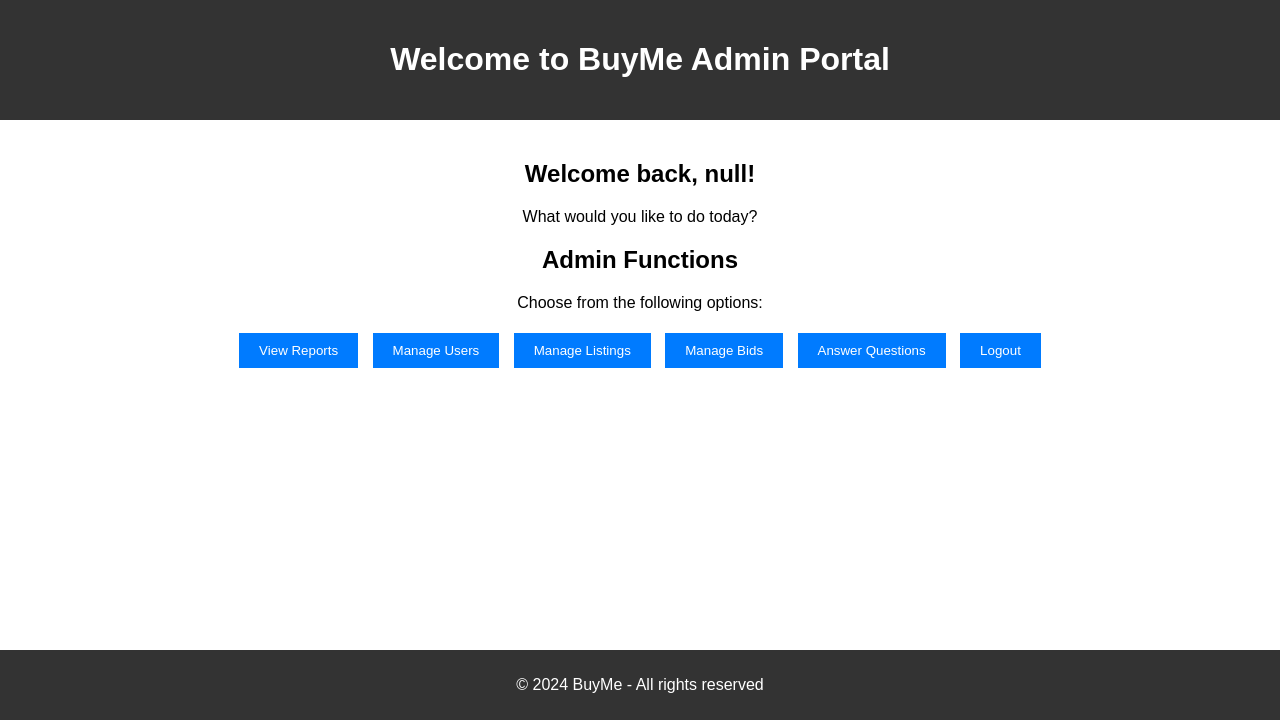
Repository: christot20/BuyMe
Page: http://localhost/336EbayAuction/AdminMode.jsp
These files come from the project's save history. The page is drawn as it stood at one moment and after the next save; the edit follows.
The browser window is 1280 px wide. The pictures show the whole page.
The page is served by Tomcat 9.

Above is the page before, as saved 2024-05-04 04:26:52.

After the next save:
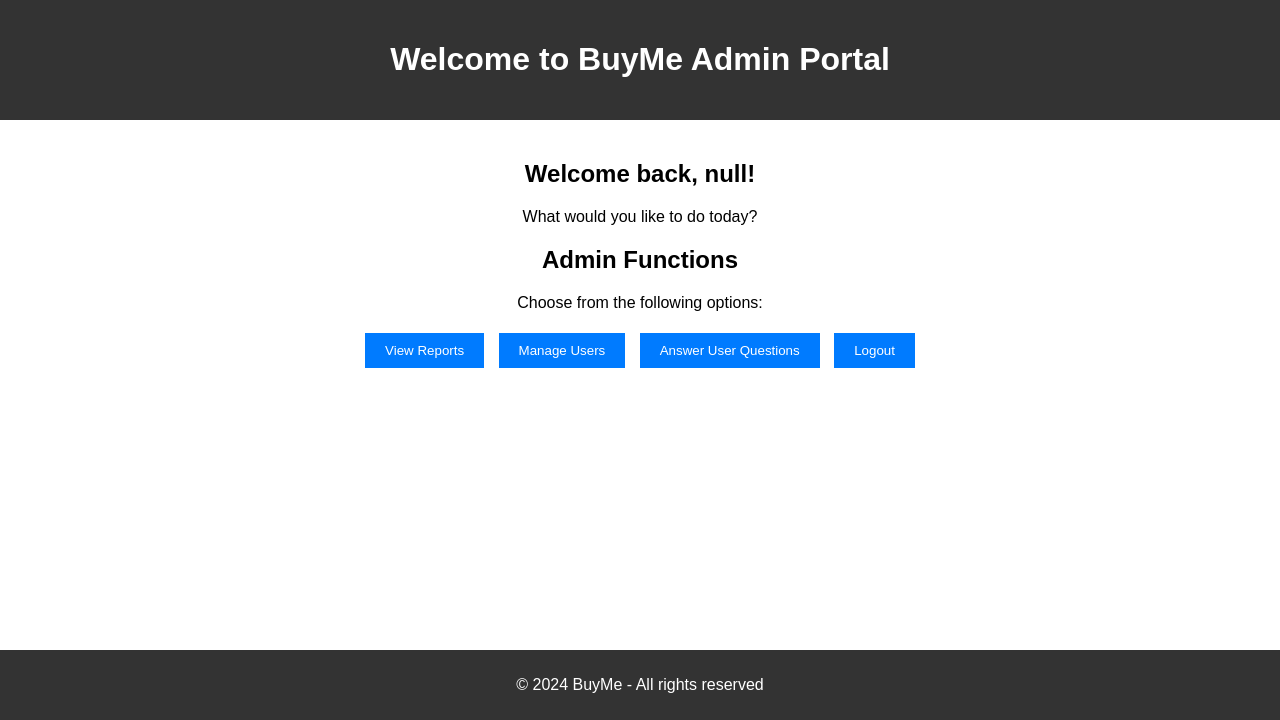
Saved 8 s later.
--- a/336EbayAuction/src/main/webapp/AdminMode.jsp
+++ b/336EbayAuction/src/main/webapp/AdminMode.jsp
@@ -1,5 +1,4 @@
 <%@ page language="java" contentType="text/html; charset=ISO-8859-1" pageEncoding="ISO-8859-1"%>
-<%@ page import="java.time.LocalDate" %>
 <!DOCTYPE html>
 <html lang="en">
 <head>
@@ -53,24 +52,20 @@
     </header>
     <main>
         <section>
-            <h2>Welcome back, <% out.print(session.getAttribute("username")); %>!</h2>
+            <h2>Welcome back, <%= session.getAttribute("username") %>!</h2>
             <p>What would you like to do today?</p>
         </section>
         <section>
             <h2>Admin Functions</h2>
             <p>Choose from the following options:</p>
-            <button onclick="window.location.href='#'">View Reports</button>
+            <button onclick="window.location.href='Reports.jsp'">View Reports</button>
             <button onclick="window.location.href='AdminManageUsers.jsp'">Manage Users</button>
-            <button onclick="window.location.href='AdminManageListings.jsp'">Manage Listings</button>
-            <button onclick="window.location.href='AdminManageBids.jsp'">Manage Bids</button>
-            <button onclick="window.location.href='Questions.jsp'">Answer Questions</button>
+            <button onclick="window.location.href='BrowseQuestions.jsp'">Answer User Questions</button>
             <button onclick="window.location.href='logout.jsp'">Logout</button>
-            <!-- Add more buttons for additional staff functionalities -->
         </section>
     </main>
     <footer>
         <p>&copy; 2024 BuyMe - All rights reserved</p>
     </footer>
-
 </body>
 </html>
